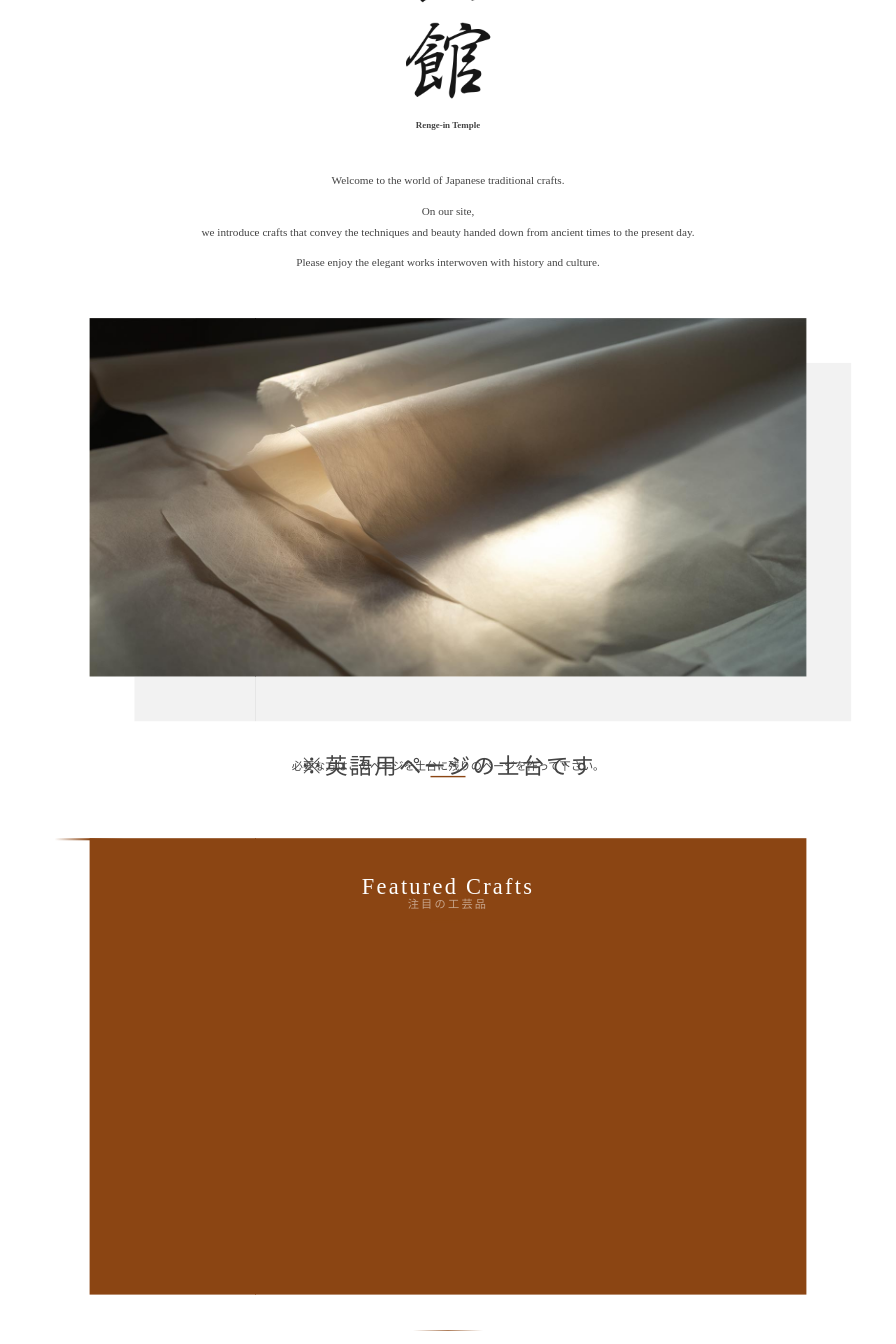
Repository: owl-onoueip/rengein-website
Page: index_en.html
An editor plug-in stored every save of this project. The page is shown before and after the next save, followed by the edit.
The browser window is 1280 px wide. The pictures show the part of the page from y = 949 to 2869 px (the page is 4562 px tall before and 4620 px after), at 70% of full size.
Some web fonts or font styles are not loaded; a fallback is used.

Above is the page before, as saved 2025-03-09 15:42:09.

### index_en.html
<!DOCTYPE html>
<html lang="en">

<head>
	<meta charset="UTF-8">
	<title>Renge-in Temple - Official Website</title>
	<meta name="viewport" content="width=device-width, initial-scale=1">
	<meta name="description" content="Welcome to Renge-in Temple, a place of peace and tradition.">
	<link rel="stylesheet" href="css/style.css">
</head>

<body class="home en">

	<div id="container">

		<header>

			<h1 id="logo">
				<a href="index_en.html"><img src="images/logo_yoko.png" alt="蓮花院"></a>
				<span class="small">Renge-in Temple</span>
			</h1>

			<div class="message">
				<p>Welcome to the world of Japanese traditional crafts.</p>
				<p>On our site,<br>
					we introduce crafts that convey the techniques and beauty handed down from ancient times to the
					present day.</p>
				<p>Please enjoy the elegant works interwoven with history and culture.</p>
			</div>

			<!--メイン画像読み込み-->
			<aside id="mainimg">
			</aside>

			<ul class="lang">
				<li><a href="index_en.html">English</a></li>
			</ul>

		</header>

		<div id="contents">

			<main>

				<section>

					<h2>※英語用ページの土台です</h2>
					<p class="c">必要な方はこのページを土台に残りのページを作って下さい。</p>

				</section>

				<section class="bg1">

					<h2>Featured Crafts<span class="small">注目の工芸品</span></h2>

					<div class="list-grid1">

						<div class="list blur">
							<figure><a href="#"><img src="images/sample1.jpg" alt=""></a></figure>
							<div class="text">
								<h4>Title</h4>
								<p>We will include a brief description of the featured crafts.<br>
									Sample text.Sample text.Sample text.Sample text.</p>
							</div>
							<p class="btn"><a href="#">See more</a></p>
						</div>

						<div class="list blur">
							<figure><a href="#"><img src="images/sample2.jpg" alt=""></a></figure>
							<div class="text">
								<h4>Title</h4>
								<p>We will include a brief description of the featured crafts.<br>
									Sample text.Sample text.Sample text.Sample text.</p>
							</div>
							<p class="btn"><a href="#">See more</a></p>
						</div>

						<div class="list blur">
							<figure><a href="#"><img src="images/sample3.jpg" alt=""></a></figure>
							<div class="text">
								<h4>Title</h4>
								<p>We will include a brief description of the featured crafts.<br>
									Sample text.Sample text.Sample text.Sample text.</p>
							</div>
							<p class="btn"><a href="#">See more</a></p>
						</div>

					</div>
					<!--/.list-grid1-->

				</section>

				<section>

					<h2>Featured Crafts<span class="small">注目の工芸品</span></h2>

					<div class="list-grid1">

						<div class="list blur">
							<figure><a href="#"><img src="images/sample1.jpg" alt=""></a></figure>
							<div class="text">
								<h4>Title</h4>
								<p>We will include a brief description of the featured crafts.<br>
									Sample text.Sample text.Sample text.Sample text.</p>
							</div>
							<p class="btn"><a href="#">See more</a></p>
						</div>

						<div class="list blur">
							<figure><a href="#"><img src="images/sample2.jpg" alt=""></a></figure>
							<div class="text">
								<h4>Title</h4>
								<p>We will include a brief description of the featured crafts.<br>
									Sample text.Sample text.Sample text.Sample text.</p>
							</div>
							<p class="btn"><a href="#">See more</a></p>
						</div>

						<div class="list blur">
							<figure><a href="#"><img src="images/sample3.jpg" alt=""></a></figure>
							<div class="text">
								<h4>Title</h4>
								<p>We will include a brief description of the featured crafts.<br>
									Sample text.Sample text.Sample text.Sample text.</p>
							</div>
							<p class="btn"><a href="#">See more</a></p>
						</div>

					</div>
					<!--/.list-grid1-->

				</section>

			</main>

		</div>
		<!--/#contents-->

	</div>
	<!--/#container-->

	<section>

		<h2 class="dn">ギャラリー</h2>

		<div class="thumbnail-slide">
			<a href="#"><img src="images/sample1.jpg" alt=""></a>
			<a href="#"><img src="images/sample2.jpg" alt=""></a>
			<a href="#"><img src="images/sample3.jpg" alt=""></a>
			<a href="#"><img src="images/sample1.jpg" alt=""></a>
			<a href="#"><img src="images/sample2.jpg" alt=""></a>
			<a href="#"><img src="images/sample3.jpg" alt=""></a>
		</div>

	</section>

	<div id="footer-contents">

		<div class="left">

			<h3>蓮花院</h3>
			<p>〒346-0022 埼玉県久喜市下早見７２５<br>
				電話：0480-21-2636<br>
				受付時間：午前9時から午後5時まで</p>

			<ul class="icons">
				<li><a href="#"><i class="fa-brands fa-x-twitter"></i></a></li>
				<li><a href="#"><i class="fab fa-line"></i></a></li>
				<li><a href="#"><i class="fab fa-youtube"></i></a></li>
				<li><a href="#"><i class="fab fa-instagram"></i></a></li>
			</ul>

			<p class="btn"><a href="contact.html">問い合わせ</a></p>
			<p class="btn"><a href="contact.html">資料請求</a></p>

		</div>
		<!--/.left-->

		<div class="right">

			<h3>アクセス</h3>
			<p><a href="https://template-party.com/file/pickup_googlemap.html">GoogleMapの地図を変更する方法はマニュアルをご覧下さい。</a></p>
			<div class="iframe-box">
				<iframe
					src="https://www.google.com/maps/embed?pb=!1m18!1m12!1m3!1d3241.0448418561778!2d139.74267721573196!3d35.675897837870934!2m3!1f0!2f0!3f0!3m2!1i1024!2i768!4f13.1!3m3!1m2!1s0x60188b89b2e1c8b1%3A0x59a123e3d5ac5ab6!2z44CSMTAwLTAwMTQg5p2x5Lqs6YO95Y2D5Luj55Sw5Yy65rC455Sw55S677yR5LiB55uu77yX4oiS77yR!5e0!3m2!1sja!2sjp!4v1545036128899"
					frameborder="0" style="border:0" allowfullscreen></iframe>
			</div>

		</div>
		<!--/.right-->

	</div>
	<!--/#footer-contents-->

	<div id="footermenu">
		<ul>
			<li class="title">メニュー見出し</li>
			<li><a href="#">サンプルメニューサンプルメニュー</a></li>
			<li><a href="#">サンプルメニュー</a></li>
			<li><a href="#">サンプルメニュー</a></li>
			<li><a href="#">サンプルメニュー</a></li>
		</ul>
		<ul>
			<li class="title">メニュー見出し</li>
			<li><a href="#">サンプルメニューサンプルメニュー</a></li>
			<li><a href="#">サンプルメニュー</a></li>
			<li><a href="#">サンプルメニュー</a></li>
			<li><a href="#">サンプルメニュー</a></li>
		</ul>
		<ul>
			<li class="title">メニュー見出し</li>
			<li><a href="#">サンプルメニューサンプルメニュー</a></li>
			<li><a href="#">サンプルメニュー</a></li>
			<li><a href="#">サンプルメニュー</a></li>
		</ul>
		<ul>
			<li class="title">メニュー見出し</li>
			<li><a href="#">サンプルメニューサンプルメニューサンプルメニューサンプルメニュー</a></li>
			<li><a href="#">サンプルメニュー</a></li>
		</ul>
	</div>
	<!--/#footermenu-->

	<footer>
		<small>Copyright&copy; <a href="index.html">蓮花院</a> All Rights Reserved.</small>
		<span class="pr"><a href="https://template-party.com/" target="_blank">《Web Design:Template-Party》</a></span>
	</footer>

	<!--ページの上部へ戻るボタン-->
	<div class="pagetop"><a href="#"><i class="fas fa-angle-double-up"></i></a></div>

	<!--開閉ボタン（ハンバーガーアイコン）-->
	<div id="menubar_hdr">
		<div class="menu-icon">
			<span></span><span></span>
		</div>
	</div>

	<!--開閉ブロック-->
	<div id="menubar">

		<nav>
			<ul>
				<li><a href="index_en.html">Home</a></li>
				<li><a href="#">About This Site</a></li>
				<li><a href="#">Crafts List</a>
					<ul>
						<li><a href="#">Crafts List1</a></li>
						<li><a href="#">Crafts List2</a></li>
						<li><a href="#">Crafts List3</a></li>
					</ul>
				</li>
				<li><a href="#">Featured Artisans</a></li>
			</ul>
		</nav>

	</div>
	<!--/#menubar-->

	<!--jQueryの読み込み-->
	<script src="https://ajax.googleapis.com/ajax/libs/jquery/3.6.0/jquery.min.js"></script>

	<!--スライドショー（slick）-->
	<script src="https://cdn.jsdelivr.net/npm/slick-carousel@1.8.1/slick/slick.min.js"></script>
	<script src="js/slick.js"></script>

	<!--パララックス（inview）-->
	<script src="https://cdnjs.cloudflare.com/ajax/libs/protonet-jquery.inview/1.1.2/jquery.inview.min.js"></script>
	<script src="js/jquery.inview_set.js"></script>

	<!--このテンプレート専用のスクリプト-->
	<script src="js/main.js"></script>

</body>

</html>

### css/inview.css
@charset "utf-8";



/*up,down,transform1,transform2の共通設定
（待機中の設定）
---------------------------------------------------------------------------*/
.up, .down, .transform1, .transform2 {
	position: relative;
	opacity: 0;		/*透明度（透明の状態）*/
}


/*up,down,transform1,transform2の共通設定
（要素が見えたら実行するアクションの設定）
---------------------------------------------------------------------------*/
.upstyle, .downstyle, .transform1style, .transform2style {
	opacity: 1;				/*透明度（色が100%出た状態）*/
	transition: 1s 0.5s;	/*1sはアニメーションの実行時間1.5秒。0.5sは0.5秒遅れてスタートする指定。*/
}


/*upスタイル。下から上にフェードインしてくるスタイル
---------------------------------------------------------------------------*/
/*待機中の設定*/
.up {
	bottom: -20px;	/*基準値の下20pxの場所からスタート*/
}

/*要素が見えたら実行するアクション*/
.upstyle {
	bottom: 0px;	/*基準値まで戻す*/
}


/*downスタイル。上から下にフェードインしてくるスタイル
---------------------------------------------------------------------------*/
/*待機中の設定*/
.down {
	top: -20px;	/*基準値の上20pxの場所からスタート*/
}

/*要素が見えたら実行するアクション*/
.downstyle {
	top: 0px;	/*基準値まで戻す*/
}


/*transform1スタイル。その場で回転するスタイル
---------------------------------------------------------------------------*/
/*待機中の設定*/
.transform1 {
	transform: scaleX(0);	/*幅を0%でスタート*/
}

/*要素が見えたら実行するアクション*/
.transform1style {
	transform: scaleX(1);	/*幅を100%に戻す*/
}


/*transform2スタイル。倒れた状態から起き上がるスタイル
---------------------------------------------------------------------------*/
/*待機中の設定*/
.transform2 {
	transform: perspective(400px) translateZ(-70px) rotateX(50deg);
}

/*要素が見えたら実行するアクション*/
.transform2style {
	transform: perspective(400px) translateZ(0px) rotateX(0deg);
}


/*blurスタイル。ぼかしで出現するスタイル。
---------------------------------------------------------------------------*/
/*待機中の設定*/
.blur {
	opacity: 0;	/*透明度（透明の状態）*/
	filter: blur(30px);
	transform: scale(1.03);
}

/*要素が見えたら実行するアクション*/
.blurstyle {
	opacity: 1;
	filter: blur(0);
	transform: scale(1);
	transition: 1s 0.5s;
}


/*transform3スタイル。小さなサイズから原寸大になるスタイル
---------------------------------------------------------------------------*/
/*キーフレーム（アニメーション）設定*/
@keyframes transform3 {
0% {
	transform: scale(0);
}
50% {
	transform: scale(1.05);
}
70% {
	transform: scale(0.99);
}
100% {
	transform: scale(1);
}
}

/*待機中の設定*/
.transform3 {
	transform: scale(0);
}

/*要素が見えたら実行するアクション*/
.transform3style {
	animation: transform3 0.8s ease-out 0.5s both;
}

Loaded but not shown: js/main.js (54 lines, source omitted); js/jquery.inview_set.js (36 lines, source omitted); js/slick.js (31 lines, source omitted); css/style.css (1465 lines, source omitted)

After the next save:
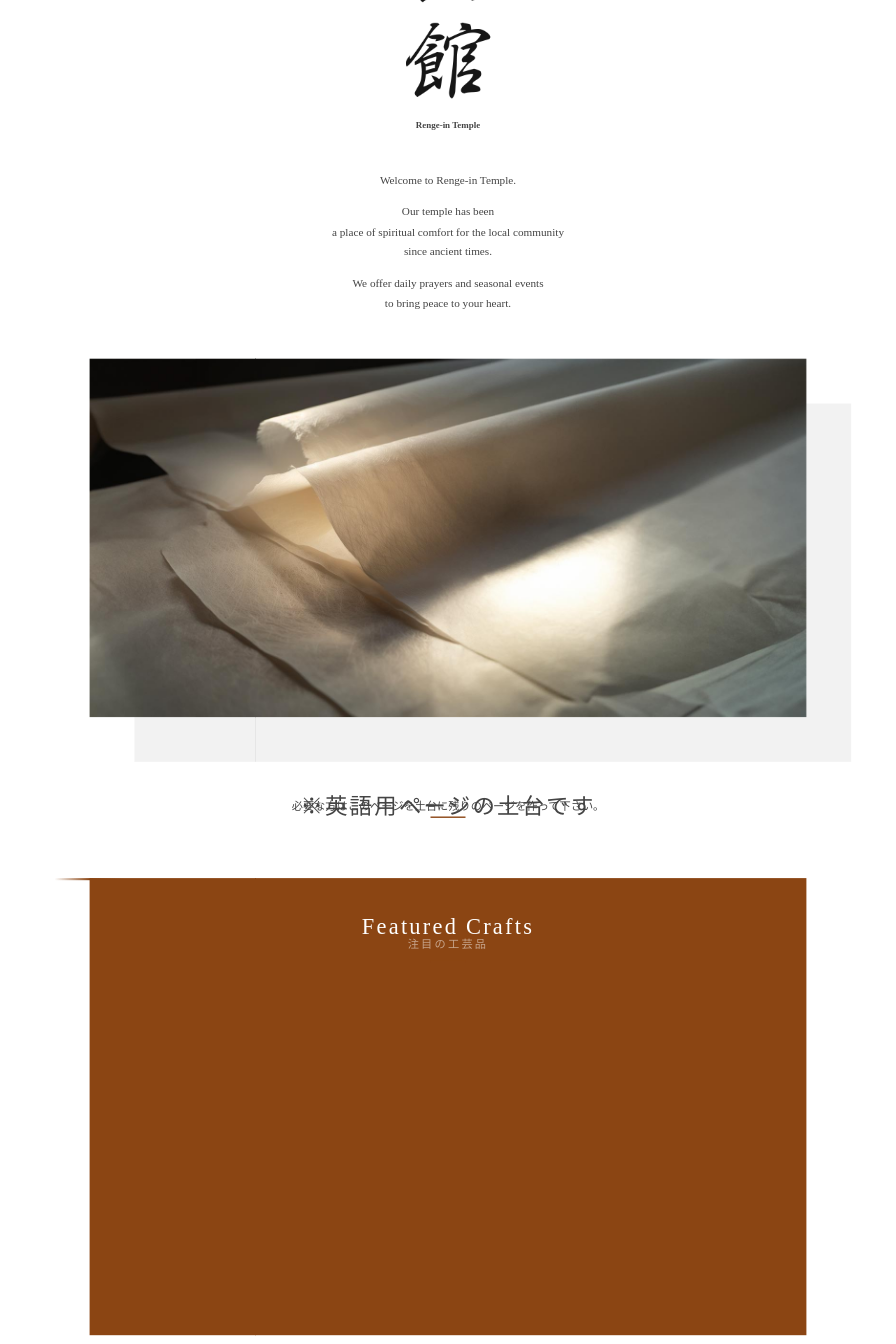
Saved 14 s later.
--- a/index_en.html
+++ b/index_en.html
@@ -21,11 +21,12 @@
 			</h1>
 
 			<div class="message">
-				<p>Welcome to the world of Japanese traditional crafts.</p>
-				<p>On our site,<br>
-					we introduce crafts that convey the techniques and beauty handed down from ancient times to the
-					present day.</p>
-				<p>Please enjoy the elegant works interwoven with history and culture.</p>
+				<p>Welcome to Renge-in Temple.</p>
+				<p>Our temple has been<br>
+					a place of spiritual comfort for the local community<br>
+					since ancient times.</p>
+				<p>We offer daily prayers and seasonal events<br>
+					to bring peace to your heart.</p>
 			</div>
 
 			<!--メイン画像読み込み-->
